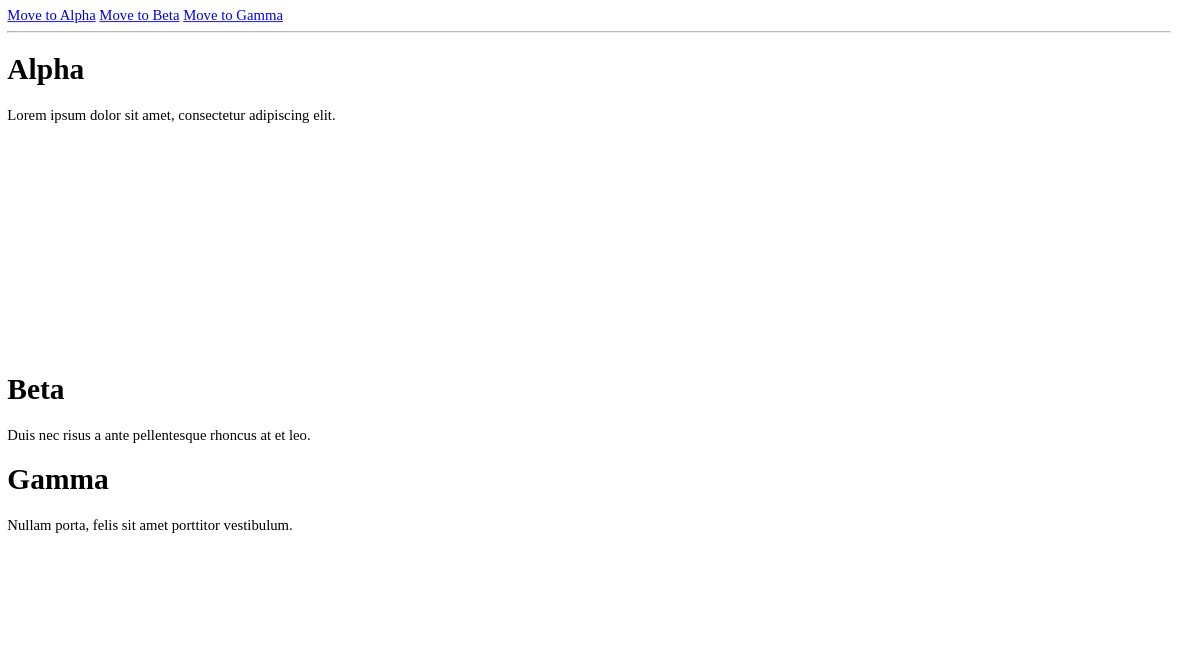
Repository: soso1525/bitcamp
Page: workspace/java-web/src/main/webapp/ch2/2-8.html
These files come from the project's save history. The page is drawn as it stood at one moment and after the next save; the edit follows.
The browser window is 1280 px wide. The pictures show the whole page, at 92% of full size.

Above is the page before, as saved 2017-12-12 05:23:58.

After the next save:
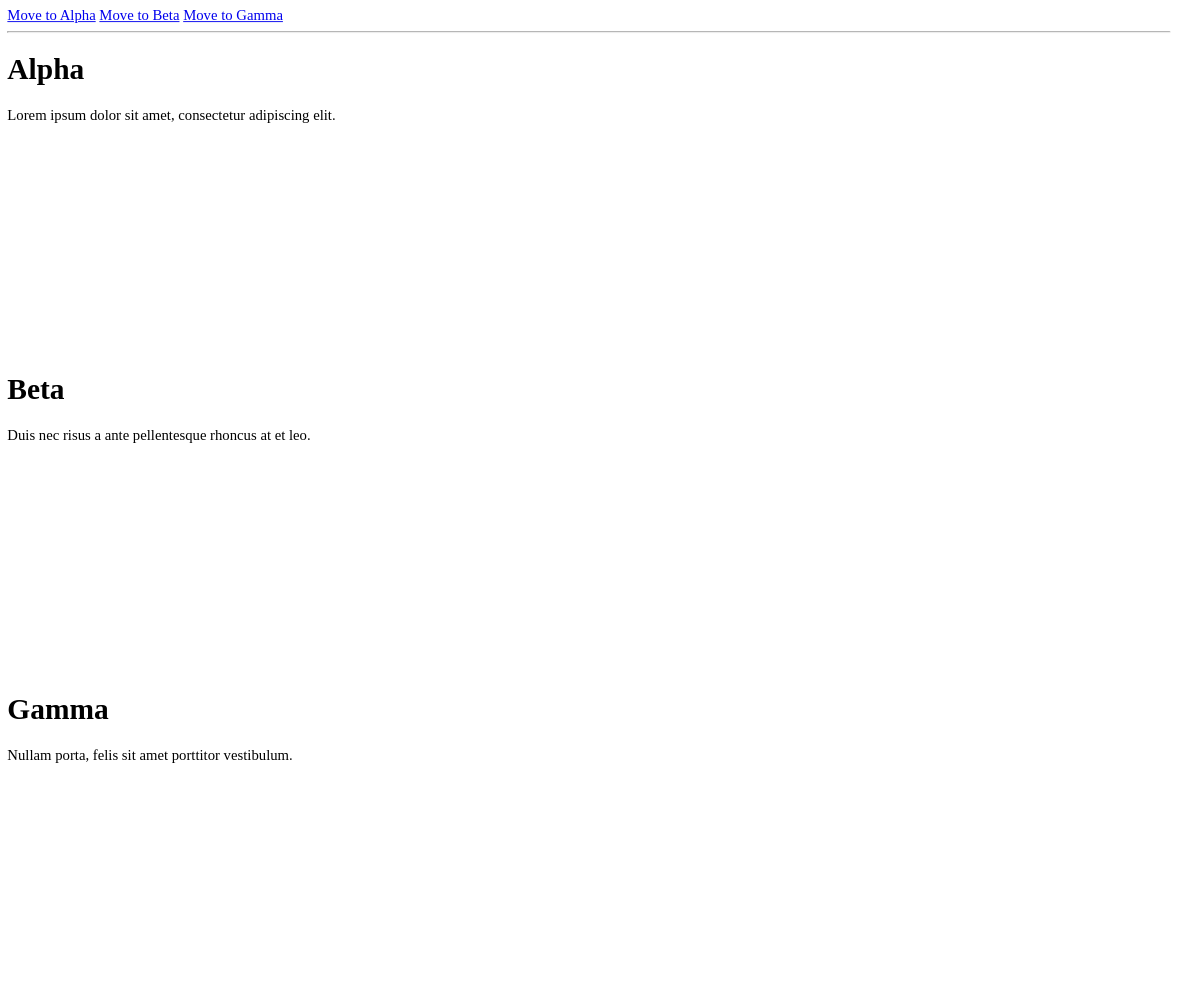
Saved 10 s later.
--- a/workspace/java-web/src/main/webapp/ch2/2-8.html
+++ b/workspace/java-web/src/main/webapp/ch2/2-8.html
@@ -13,7 +13,9 @@
     <br><br><br><br><br><br><br><br><br><br><br><br><br>
     <h1 id="beta">Beta</h1>
     <p>Duis nec risus a ante pellentesque rhoncus at et leo.</p>
+    <br><br><br><br><br><br><br><br><br><br><br><br><br>
     <h1 id="gamma">Gamma</h1>
     <p>Nullam porta, felis sit amet porttitor vestibulum.</p>
+    <br><br><br><br><br><br><br><br><br><br><br><br><br>
 </body>
 </html>
